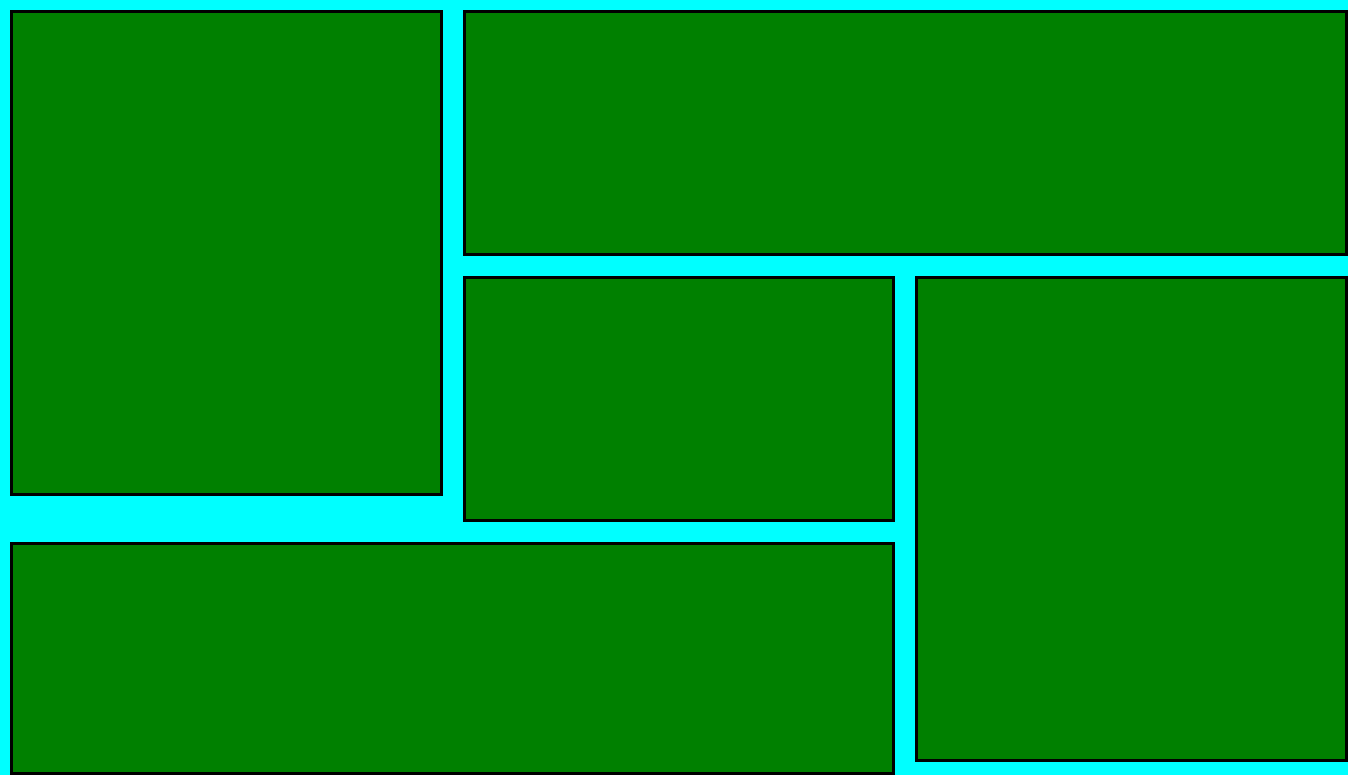
Repository: tianjiewang2022/tianjiewang2022.github.io
Page: index.html
The author's editor kept a copy of each file at every save. The page is drawn from the files as they stood at one save, then again after the next save.
The browser window is 1280 px wide. The page is 1348 px wide, then 1280 px, so the pictures cover 1348 px, including what lies to the right of the window. The pictures show the whole page.

Above is the page before, as saved 2023-10-03 19:39:59.

### index.html
<!DOCTYPE html>
<html lang="en">

    <head>
        <meta charset="UTF-8">
        <meta name="viewport" content="width=device-width, initial-scale=1.0">
        <title>Sally's Webpage</title>
        <style>
            body {
                margin: 0;
                padding: 0;
                display: grid;
                grid-template-rows: repeat(3, 1fr);
                grid-template-columns: repeat(3, 1fr);
                height: 100vh;
                background-color: aqua;
            }

            .box {
                width: 400px;
                height: 400px;
                background-color: aqua;
                border: 1px solid aqua;
            }

            header {
                background-color: green;
                color: rgb(0, 0, 0);
                grid-column: 2 / span 2;
                grid-row: 1 / span 1;
                display: flex;
                justify-content: center;
                align-items: center;
                font-size: 40px;
                z-index: 100;
                height: calc(100vh / 3);
                /* Set the height of the header */

                border: 3px solid black;
                margin: 10px;
            }

            .left_bar {
                background-color: green;
                grid-row: 1 / span 2;
                grid-column: 1 / span 1;
                height: calc(2 * (100vh / 3));
                /* Set the height of the left bar */
                width: calc(1 * (100vw / 3));
                /* Set the width of the left bar */
                /* Position the left bar at the left side */
                border: 3px solid black;
                margin: 10px;
            }

            .main_area {
                background-color: green;
                grid-row: 2 / span 1;
                grid-column: 2 / span 1;
                display: flex;
                grid-template-columns: 1fr;
                flex-wrap: wrap;
                justify-content: center;
                position: relative;
                height: calc(1 * (100vh / 3));
                width: calc(1 * (100vw / 3));
                align-items: center;
                border: 3px solid black;
                margin: 10px;
            }

            .right_bar {
                background-color: green;
                grid-row: 2 / span 2;
                grid-column: 3 / span 1;
                height: calc(2 * (100vh / 3));
                /* Set the height of the left bar */
                width: calc(1 * (100vw / 3));
                /* Set the width of the left bar */
                /* Position the left bar at the left side */
                border: 3px solid black;
                margin: 10px;
            }

            footer {
                background-color: green;
                grid-column: 1 / span 2;
                grid-row: 3 / span 1;
                /* Place the footer in the last row */
                display: flex;
                justify-content: center;
                align-items: center;
                z-index: 100;
                /* Set the height of the footer */
                border: 3px solid black;
                margin: 10px;
            }
        </style>
    </head>

    <body>
        <header></header>
        <!-- Your content goes here -->
        <span class="left_bar"></span>
        <span class="main_area"> <!-- Centered box -->
        </span>
        <span class="right_bar"></span>

        <footer></footer>
    </body>

</html>

After the next save:
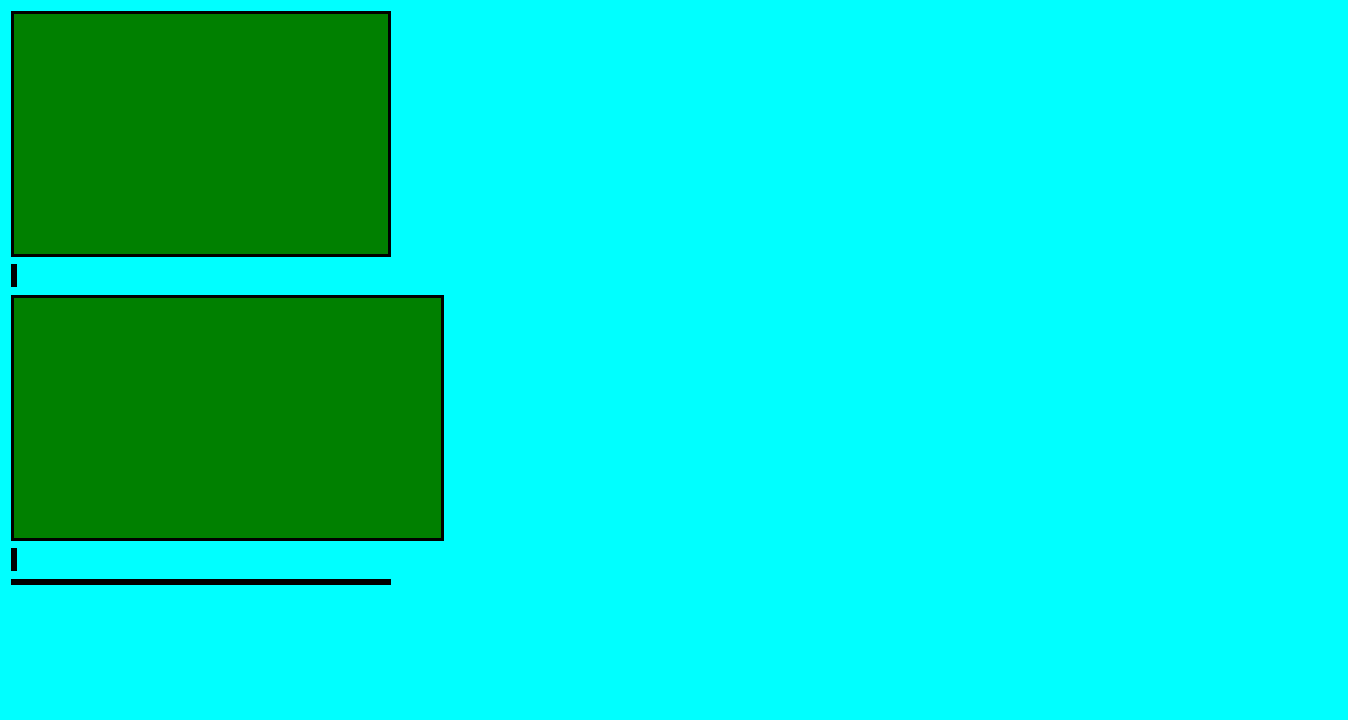
Saved 88 s later.
--- a/index.html
+++ b/index.html
@@ -99,14 +99,16 @@
     </head>
 
     <body>
-        <header></header>
-        <!-- Your content goes here -->
-        <span class="left_bar"></span>
-        <span class="main_area"> <!-- Centered box -->
-        </span>
-        <span class="right_bar"></span>
+        <div class="box">
+            <header></header>
+            <!-- Your content goes here -->
+            <span class="left_bar"></span>
+            <span class="main_area"> <!-- Centered box -->
+            </span>
+            <span class="right_bar"></span>
 
-        <footer></footer>
+            <footer></footer>
+        </div>
     </body>
 
 </html>
